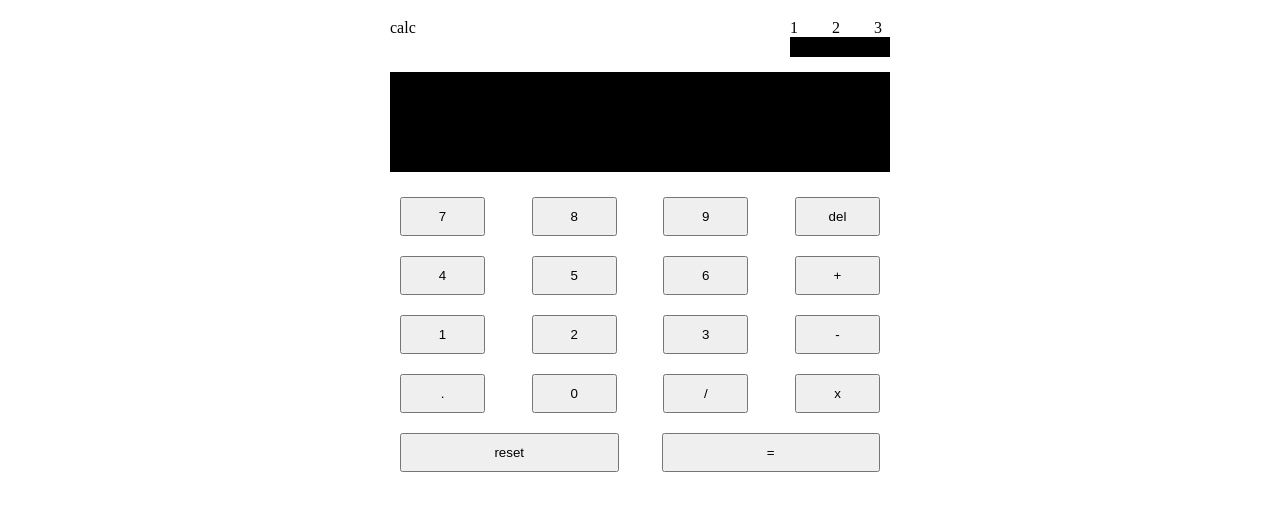
Repository: Eugene44-hub/basic-calculator
Page: index.html
An editor plug-in stored every save of this project. The page is shown before and after a run of saves, followed by the edit.
The browser window is 1280 px wide. The pictures show the whole page.

Above is the page before, as saved 2021-10-01 14:39:13.
Console error: SyntaxError: Unexpected end of input

After the next 2 saves:
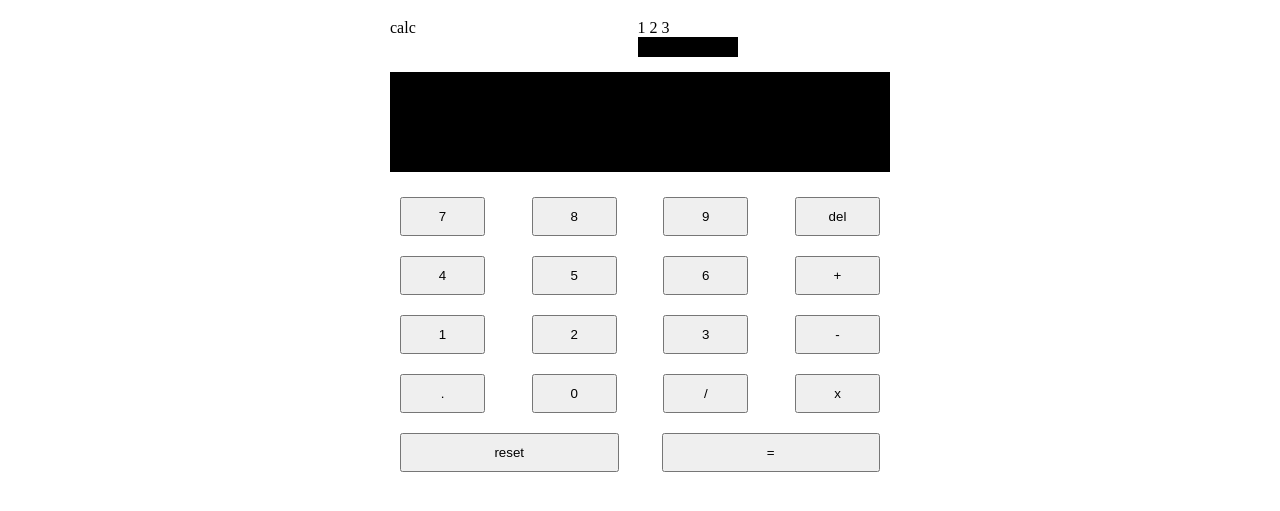
The 2 saves are shown as one change because they came seconds apart.
The last was saved 119 s later.
--- a/index.html
+++ b/index.html
@@ -15,13 +15,11 @@
         <div class="theme">
             <div class="header">calc</div>
             <div class="theme-number">
-                <div class="number-toggle">
-                    <span id="one">1</span>
-                    <span id="two">2</span>
-                    <span id="three">3</span>
-                    <div class="toggle"></div>
-                </div>
-
+                <div class="number-toggle"></div>
+                <span id="one">1</span>
+                <span id="two">2</span>
+                <span id="three">3</span>
+                <div class="toggle"></div>
             </div>
         </div>
         <div class="output">
